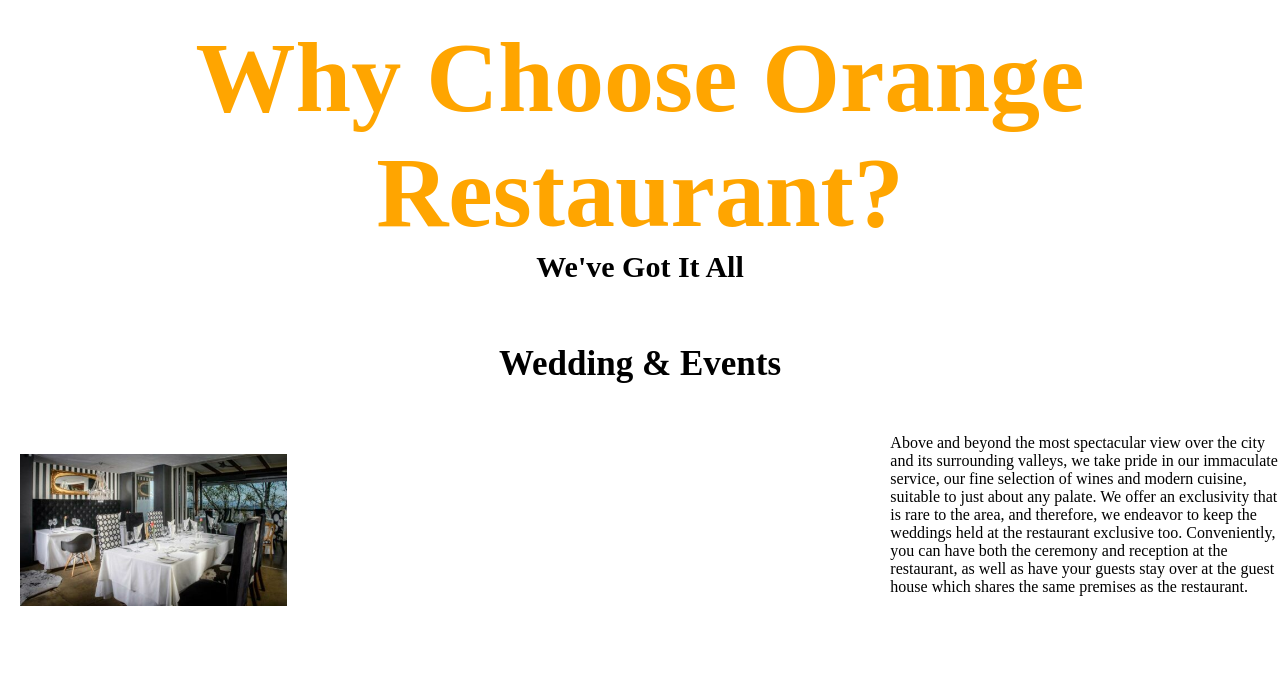
Repository: KaraboM20/KaraboUpdatedProjectOrang-Rest
Page: services.html
The author's editor kept a copy of each file at every save. The page is drawn from the files as they stood at one save, then again after a run of saves.
The browser window is 1280 px wide. The pictures show the whole page.

Above is the page before, as saved 2024-11-23 20:58:58.

### services.html
<!DOCTYPE html>
<html lang="en">
<head>
    <meta charset="UTF-8">
    <meta name="viewport" content="width=device-width, initial-scale=1.0">

    <link rel="stylesheet" href="./style.css">
    <title>Services Page</title>
</head>
<body>
    <div class="service-top">
        <h1 class="top-name">Why Choose Orange Restaurant?</h1>
        <h2 class="top-name2">We've Got It All</h2>
    </div>

    <div class="wedding">
        <div class="wed-heading">Wedding & Events</div>
        <div class="wed-info">
            <div class="wed-img">
                <img src="./assets/wedding and event.jpg" class="img-thumbnail" alt="...">
            </div>
            <div class="wed-info2">
                Above and beyond the most spectacular view over the city and its surrounding valleys, we take pride in our immaculate service, our fine selection of wines and modern cuisine, suitable to just about any palate. We offer an exclusivity that is rare to the area, and therefore, we endeavor to keep the weddings held at the restaurant exclusive too. Conveniently, you can have both the ceremony and reception at the restaurant, as well as have your guests stay over at the guest house which shares the same premises as the restaurant.
            </div>
        </div>
    </div>
</body>
</html>

### style.css
* {
    margin: 0 ;
    padding:0 ;
    box-sizing: border-box;


}

.upper-section {
    background-image: url(./assets/food-image.jpg);
    background-size: cover;
    background-position: center;
    height: 80vh;
    width: 100vw;
    position: relative;

}



.overlay {
    z-index: 1;
    height: 100%;
    width: 100%;
    background: black;
    position: absolute;
    top: 0;
    opacity: 30%;
}

.navbar {
    display: flex;
    justify-content: space-between;
}

.nav-info ul {
    list-style: none;
    color: orange;
    display: flex;
    cursor: pointer;

}

.nav-info li {
    margin-right: 15px;
    font-size: 18px;
    font-weight: bold;
    text-decoration: none;
    color: orange;
}

.nav-info li:hover {
    color: blueviolet;
    background-color: aqua;
}

.logo-img {
    width: 80%;
    height: auto;
}



.banner-wrap {
    color: white;
    font-size: 70px;
    text-align: center;
    justify-content: center;

}

h1 {
    margin-top: 20px;
}

.icon {
    text-decoration:none;
    color: white;
    font-size: 35px;
    align-items: center;
    justify-content: center;

}

.material-icons {
    color: orange;
}

.check-availability {
    display: flex;
   background-color: orange;
   padding: 10px;
   border: none;
   font-size: 25px;
   align-items: center;
   width: 100vw;


}

.check-availability input {

    font-size: 25px;
    border: 1px solid black;
    border-radius: 10px;
    padding: 5px;
}

.category {
    display: grid;
    margin: 20px;
}

#category-select {
    font-size: 20px;
    border: 1px solid black;
    border-radius: 10px;
    padding: 9px;
}

.check-in {
    display: grid;
    margin: 10px;
    padding: 5px 10px;
}

.check-out {
    display: grid;
    margin: 10px;
    padding: 5px 10px;

}

.event-start {
    display: grid;
    margin: 10px;
    padding: 5px 10px;

}

.event-end {
    display: grid;
    margin: 10px;
    padding: 5px 10px;

}

button  {
    color: orange;
    background-color: black;
    border-radius: 20px;
    font-size: 20px;
    margin-bottom: 0;
    padding: 5px 10px;
    text-align: center;


}

.welcome {
    text-align: center;

}

.welcome-info {
    color: orange;
    font-size: 90px;
    margin-top: 50px;
}

.welcome-info-two {
    font-size: 35px;
    align-items: center;
    justify-content: center;
    margin-top: 40px;
    margin-bottom: 40px;
}

.food-images {
    display: flex;
    align-items: center;


}

img {
    margin: 20px;
    width: 30%;
    height: auto;
}

.two-buttons {
    margin-top: 20px;
    margin-bottom: 30px;
    text-align: center;

}

.button1 {
    color: white;
    background-color: orange;
    border: none;
    font-size: 20px;
    padding: 10px 15px;
}

.button2 {
    color: white;
    background-color: orange;
    margin-left: 20px;
    border: none;
    font-size: 20px;
    padding: 10px 15px;
}

.button3 {
    color: white;
    background-color: orange;
    margin-left: 20px;
    border: none;
    font-size: 20px;
    padding: 10px 15px;
}

p {
    text-align: center;
    font-size: 20px;
    margin-left: 100px;
    margin-right: 100px;
    padding-left: 100px;
    padding-right: 100px;
}

.paragraph {
    margin-bottom: 30px;
}

.testimony {
    background-image: url(./assets/Food-image3.jpg);
    color: white;
    background-size: cover;
    background-position: center;
    height: 100vh;
    width: 100vw;
    position: relative;

}

.overlay2 {
    z-index: 1;
    height: 100%;
    width: 100%;
    background: black;
    position: absolute;
    top: 0;
    opacity: 20%;
}

.testimony-header {
    color: orange;
    font-size: 90px;
    margin-top: 50px;
    text-align: center;
}

.sub-heading {
    font-size: 35px;
    color: black;
    text-align: center;
    margin-top: 40px;
    margin-bottom: 40px;

}

.star-icons {
    color: orange;
    text-align: center;
    margin: 20px;


}

.top-logo {
    text-align: center;
}

.top-name {
    color: orange;
    font-size: 100px;
}

.top-name2 {
    font-size: 30px;
}

.paragraph2 {
    margin-top: 60px;
    margin-bottom: 60px;
}

.service-top {
    text-align: center;
}

.wedding {
    margin-top: 60px;
}

.wed-heading {
    text-align: center;
    font-size: 35px;
    font-weight: bold;
}

.wed-info {
    display: flex;
    margin-top: 50px;
    margin-bottom: 50px;
    al
}

.wed-img {
    width: 914px;
    height: 72px;
}

.wed-info2 {
    width: 400px;

}

After the next 2 saves:
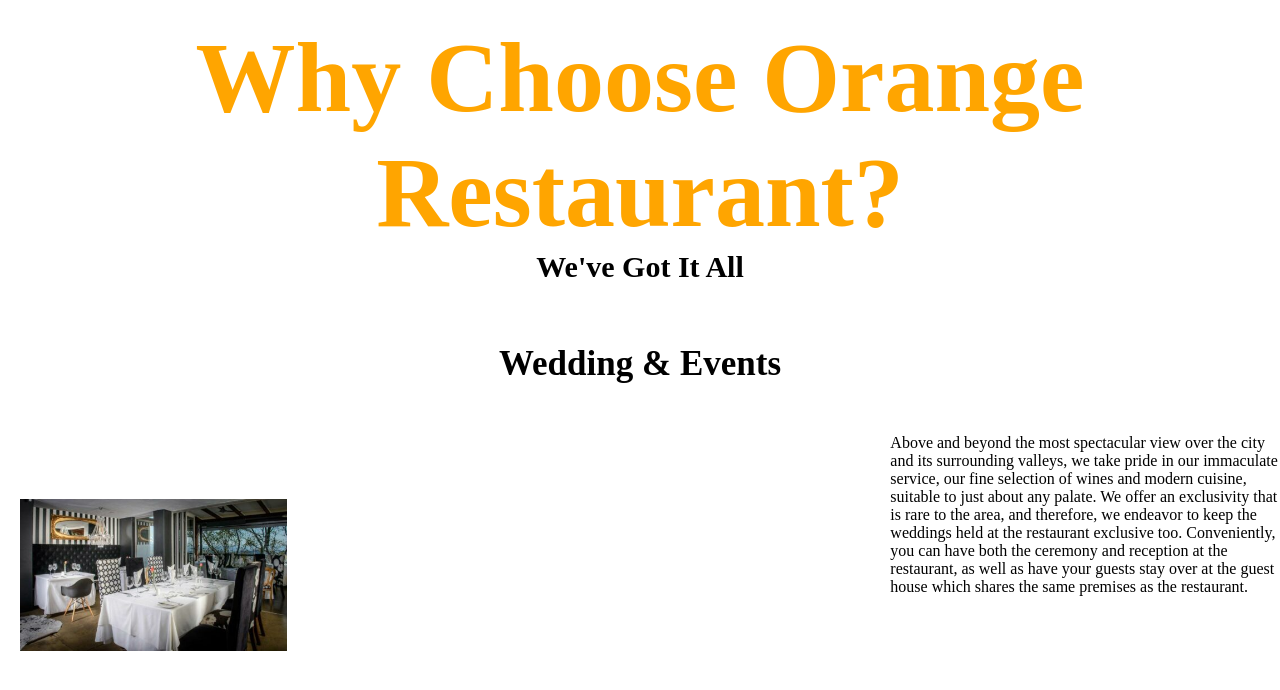
The 2 saves are shown as one change because they came seconds apart.
The last was saved 6 s later.
--- a/style.css
+++ b/style.css
@@ -316,7 +316,7 @@
     display: flex;
     margin-top: 50px;
     margin-bottom: 50px;
-    al
+    align-items: center;
 }
 
 .wed-img {
